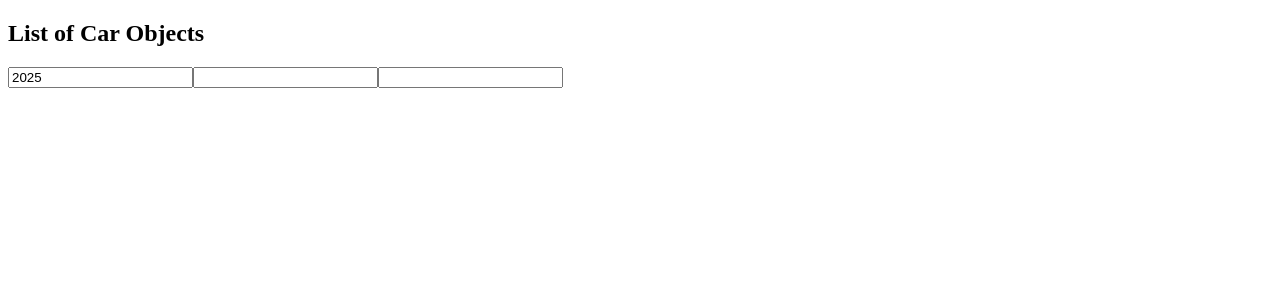
Repository: wakoya-tech/my-react-practice
Page: /
These files come from the project's save history. The page is drawn as it stood at one moment and after the next save; the edit follows.
The browser window is 1280 px wide. The pictures show the whole page.
The project was rebuilt for these pictures with package versions that can differ from the ones it lists, and the page was loaded fresh each time. Also part of the build but not shown: vite.config.js, src/index.css.

Above is the page before, as saved 2025-10-04 11:11:15.

### src/App.jsx

import CarList from './CarList.jsx';


function App() {

  return (
<CarList/>
  );
}
export default App;

### src/CarList.jsx
import { useState } from 'react';
function CarList(){
    const [Cars,setCars]=useState([]);
    const [carYear,setCarYear]=useState(new Date().getFullYear());
    const [carMake,setCarMake]=useState("");
    const [carModel,setCarModel]=useState("");
    function handleAddCar(){
        const newCar={
            year:carYear,
            make:carMake,
            model:carModel
        };
        setCars(c=>[...c,newCar]);
        setCarYear(new Date().getFullYear());

    }
    function handleRemovedCar(index){
        setCars(c=>c.filter((_,i)=> i !== index));
    }
    function handleYearChange(){

    }
    function handleMakeChange(){

    }
    function handleModelChange(){

    }
    return(<>
    <h2>List of Car Objects</h2>
    <u>

    </u>
    <input type="number" value={carYear} onChange={handleYearChange} />
    <input type="number" value={carMake} onChange={handleYearChange} />
    <input type="number" value={carModel} onChange={handleYearChange} />
    </>)
}
export default CarList

Loaded but not shown: index.html (common file); src/main.jsx (common file)

After the next save:
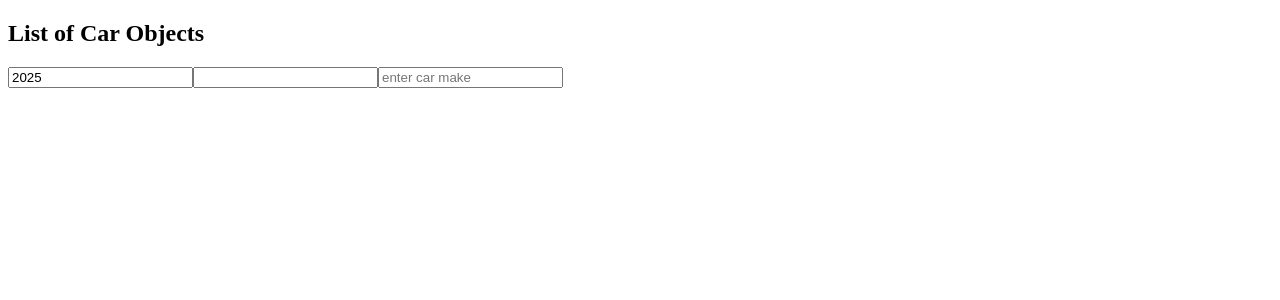
Saved 58 s later.
--- a/src/CarList.jsx
+++ b/src/CarList.jsx
@@ -32,8 +32,8 @@ function CarList(){
 
     </u>
     <input type="number" value={carYear} onChange={handleYearChange} />
-    <input type="number" value={carMake} onChange={handleYearChange} />
-    <input type="number" value={carModel} onChange={handleYearChange} />
+    <input type="text" value={carMake} onChange={handleMakeChange} />
+    <input placeholder="enter car make" type="number" value={carModel} onChange={handleModelChange} />
     </>)
 }
 export default CarList
